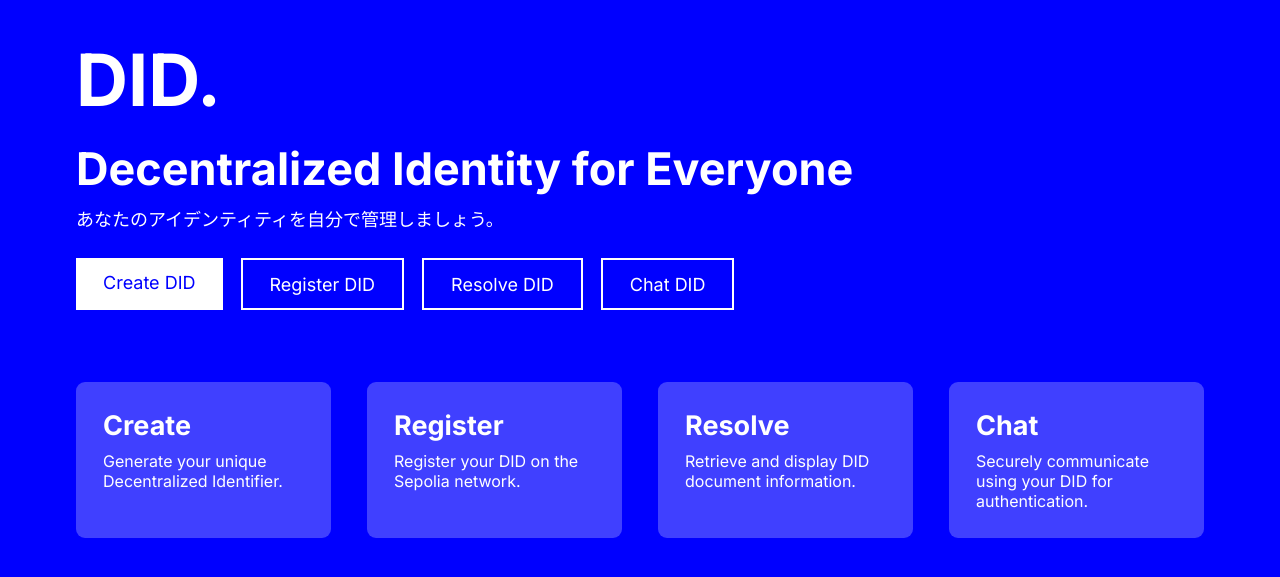
Repository: a7351220/ethr_did_demo
Page: /
The author's editor kept a copy of each file at every save. The page is drawn from the files as they stood at one save, then again after the next save.
The browser window is 1280 px wide. The pictures show the whole page.
The project was rebuilt for these pictures with package versions that can differ from the ones it lists, and the page was loaded fresh each time. The framework's server and built-in components were replaced by stand-ins that run in the browser. Also part of the build but not shown: next.config.mjs.

Above is the page before, as saved 2024-07-10 17:16:51.

After the next save:
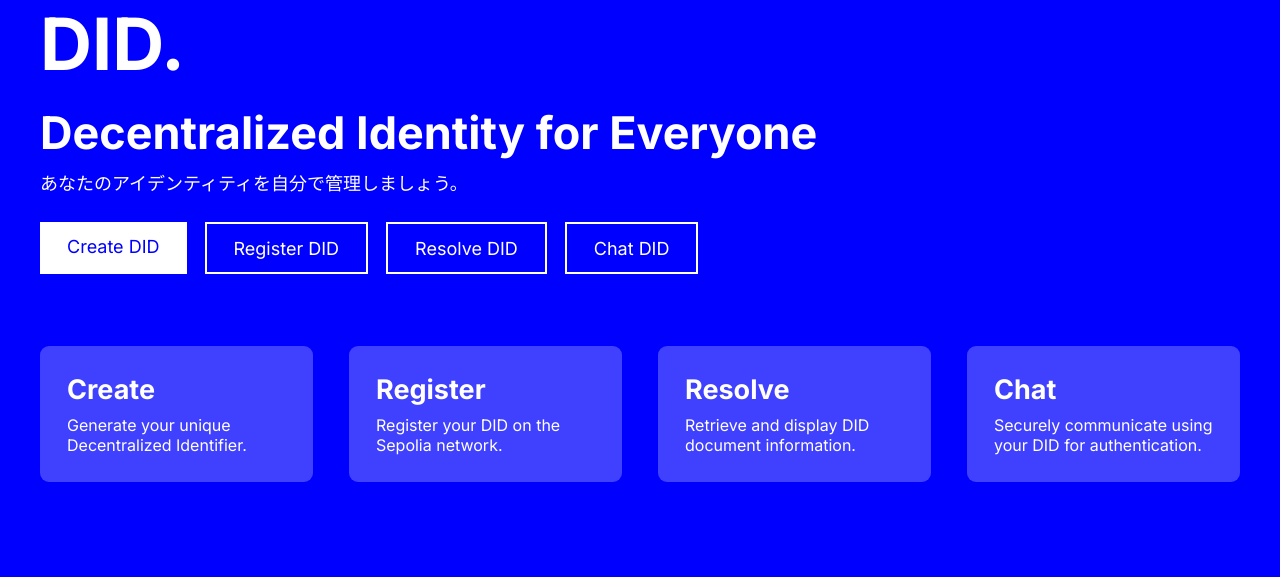
Saved 77 s later.
--- a/src/app/globals.css
+++ b/src/app/globals.css
@@ -28,8 +28,9 @@ a {
 }
 
 .container {
-  min-height: 100vh;
-  padding: 2rem;
+  display: flex;
+  flex-direction: column;
+  min-height: 100vh; /* 確保容器高度至少等於視窗高度 */
 }
 
 .hero {
